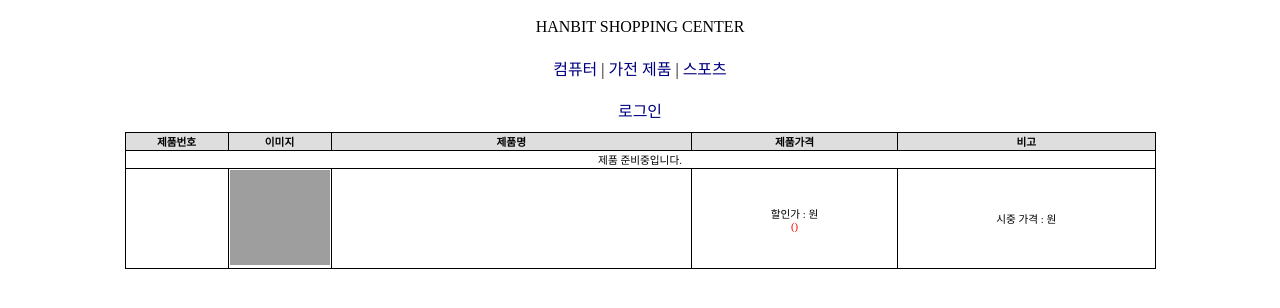
Repository: xlz5000/ICT
Page: http://localhost/spring_mvc02/WEB-INF/views/day08/product_list.jsp
The author's editor kept a copy of each file at every save. The page is drawn from the files as they stood at one save, then again after the next save.
The browser window is 1280 px wide. The pictures show the whole page.
Pictures or frames that could not be fetched are drawn as grey boxes. The page is served by Tomcat 9. Nobody is signed in. The template is opened directly, without the code that normally fills it, so the values that code supplies are empty.

Above is the page before, as saved 2025-04-16 02:52:03.

After the next save:
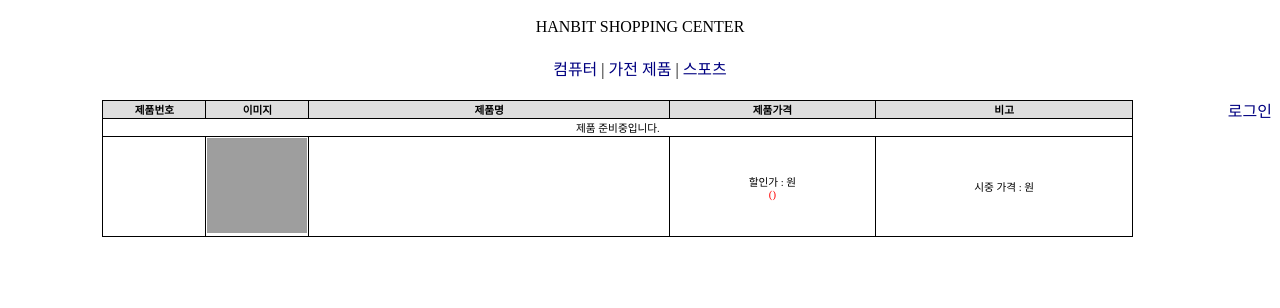
Saved 29 s later.
--- a/spring_mvc02/src/main/webapp/WEB-INF/views/day08/product_list.jsp
+++ b/spring_mvc02/src/main/webapp/WEB-INF/views/day08/product_list.jsp
@@ -22,6 +22,11 @@
 
 img{
 	width: 100px;
+
+}
+
+div#log{
+float: right;
 
 }
 </style>
